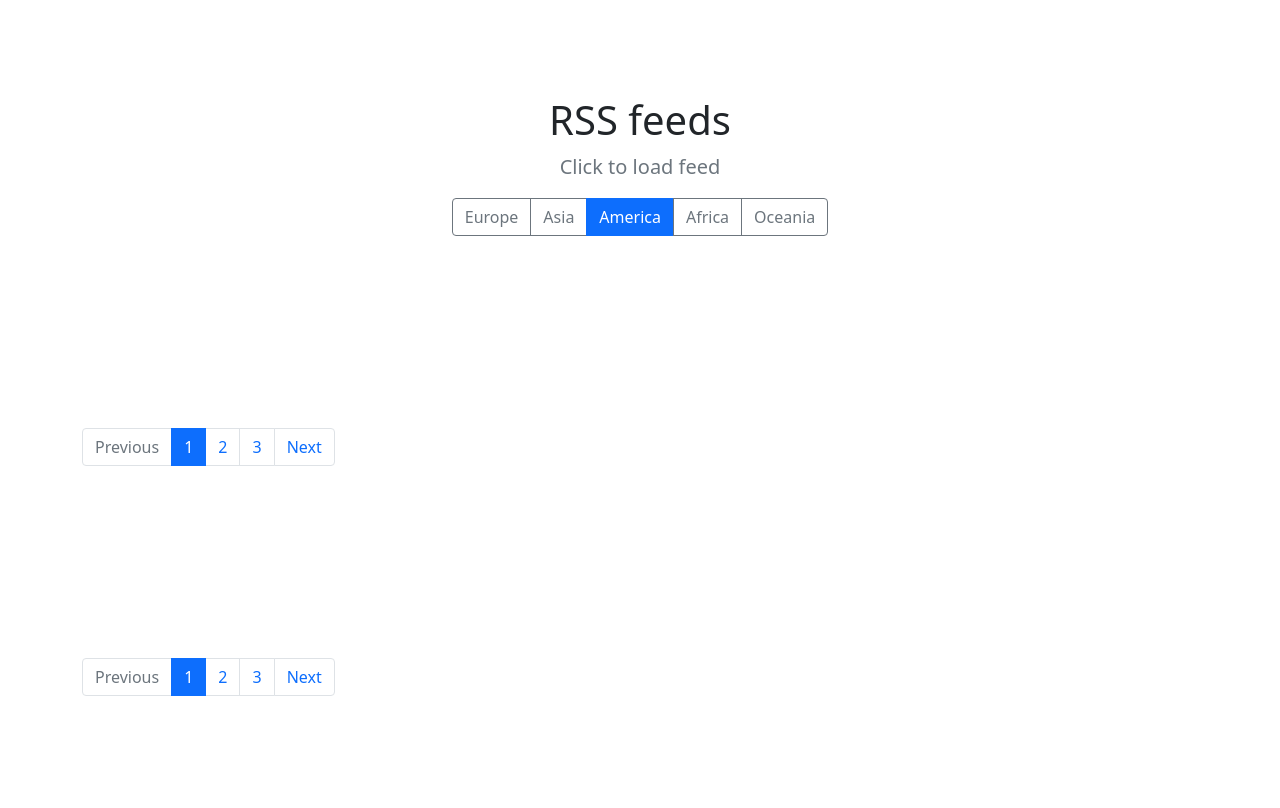
Repository: lilit1121/Templating-DOM-manipulation-and-data-processing
Page: americas.html
An editor plug-in stored every save of this project. The page is shown before and after the next save, followed by the edit.
The browser window is 1280 px wide. The pictures show the whole page.
The page's requests for data from a server got no answer.

Above is the page before, as saved 2023-02-09 16:11:58.
Console error: TypeError: Cannot read properties of null (reading 'style')

### americas.html
<!DOCTYPE html>
<html lang="en">
  <head>
    <meta charset="UTF-8" />
    <meta http-equiv="X-UA-Compatible" content="IE=edge" />
    <meta name="viewport" content="width=device-width, initial-scale=1.0" />
    <link rel="stylesheet" href="styles.css" />
    <link
      href="https://cdn.jsdelivr.net/npm/bootstrap@5.0.2/dist/css/bootstrap.min.css"
      rel="stylesheet"
      integrity="sha384-EVSTQN3/azprG1Anm3QDgpJLIm9Nao0Yz1ztcQTwFspd3yD65VohhpuuCOmLASjC"
      crossorigin="anonymous"
    />
    <script
      src="https://cdn.jsdelivr.net/npm/bootstrap@5.0.2/dist/js/bootstrap.bundle.min.js"
      integrity="sha384-MrcW6ZMFYlzcLA8Nl+NtUVF0sA7MsXsP1UyJoMp4YLEuNSfAP+JcXn/tWtIaxVXM"
      crossorigin="anonymous"
    ></script>
    <title>Templating, DOM manipulation and data processing</title>
  </head>
  <body>
    <section class="py-5 text-center container">
      <div class="row py-lg-5">
        <div class="col-lg-6 col-md-8 mx-auto">
          <h1 class="fw-light">RSS feeds</h1>
          <p class="lead text-muted">Click to load feed</p>
          <div class="btn-group">
            <a href="./europe.html#" class="btn btn-outline-secondary">Europe</a>
            <a href="./asia.html#" class="btn btn-outline-secondary">Asia</a>
            <a href="./americas.html#" class="btn btn-primary">America</a>
            <a href="./africa.html#" class="btn btn-outline-secondary">Africa</a>
            <a href="./oceania.html#" class="btn btn-outline-secondary">Oceania</a>
          </div>
        </div>
      </div>
    </section>

    <!-- Pagination -->
    <section class="py-5 text-center container">
      <div class="row py-lg-5">
        <nav>
          <ul class="pagination">
            <li class="page-item disabled">
              <a class="page-link">Previous</a>
            </li>
            <li class="page-item active">
              <a class="page-link" href="#">1</a>
            </li>
            <li class="page-item">
              <a class="page-link" href="#">2</a>
            </li>
            <li class="page-item"><a class="page-link" href="#">3</a></li>
            <li class="page-item">
              <a class="page-link" href="#">Next</a>
            </li>
          </ul>
        </nav>
      </div>
    </section>

    <div class="container">
      <!-- Loading state UI -->
      <div class="alert alert-secondary visually-hidden">Loading...</div>

      <!-- Error state UI -->
      <div class="alert alert-danger visually-hidden">
        <h5>Unable to load feed</h5>
        <!-- Show error message, if applicable -->
        Feed could not be converted, probably not a valid RSS feed.<br />
        <small><a href="#">Open feed in a new tab</a></small>
      </div>

      <!-- Feed (Show no more than 5 posts per page) -->
      <div
        id="main_container"
        class="row row-cols-1 row-cols-sm-2 row-cols-md-3 g-3"
      ></div>
    </div>

    <!-- Pagination -->
    <section class="py-5 text-center container">
      <div class="row py-lg-5">
        <nav>
          <ul class="pagination">
            <li class="page-item disabled">
              <a class="page-link">Previous</a>
            </li>
            <li class="page-item active">
              <a class="page-link" href="#">1</a>
            </li>
            <li class="page-item">
              <a class="page-link" href="#">2</a>
            </li>
            <li class="page-item"><a class="page-link" href="#">3</a></li>
            <li class="page-item">
              <a class="page-link" href="#">Next</a>
            </li>
          </ul>
        </nav>
      </div>
    </section>
    <script src="./script.js"></script>
  </body>
</html>

### styles.css

.card-text {
    display: -webkit-box;
    -webkit-box-orient: vertical;
    -webkit-line-clamp: 4;
    overflow: hidden;
  }
#error{
  display: none;
  justify-content: center;
  color: red;
}

### script.js
const main_container = document.getElementById("main_container");
const content_section = document.getElementById("content_section");
const page_item = document.querySelectorAll(".page-item");
const loadding = document.getElementById("loadding");
const error = document.getElementById("error");
let countriesData;
let sliceStart = 0;
let currentPage = 1;



page_item.forEach((el) => {
  el.addEventListener("click", (event) => {
    changePage(event);
  });
});

function changePage(e) {
  if (e.target.innerText === "Next" && sliceStart < 10) {
    sliceStart += 5;
    currentPage = (sliceStart - 5) / 5 + 2;
  } else if (e.target.innerText === "Previous" && sliceStart > 0) {
    sliceStart -= 5;
    currentPage = (sliceStart + 5) / 5;
  } else if (
    e.target.innerText === "1" ||
    e.target.innerText === "2" ||
    e.target.innerText === "3"
  ) {
    currentPage = +e.target.innerText;
    sliceStart = (+e.target.innerText - 1) * 5;
  }
  page_item.forEach((el) => {
    el.classList.remove("active");
    el.classList.remove("disabled");
    if (currentPage === +el.innerText) el.classList.add("active");
    else if (currentPage === 1 && el.innerText === "Previous")
      el.classList.add("disabled");
    else if (currentPage === 3 && el.innerText === "Next")
      el.classList.add("disabled");
  });
  showCountrys(countriesData, sliceStart);
}

function showCountrys(countriesData, sliceStart) {
  let countrys = countriesData.slice(sliceStart, sliceStart + 5);
  content_section.innerHTML = "";
  for (let i = 0; i < countrys.length; i++) {
    content_section.innerHTML += `<div id="content_section" class="col">
    <div class="card shadow-sm">
      <img src=${countrys[i].flags.png} />
      <div class="card-body">
        <h4>
          Country: ${countrys[i].name.official}
        </h4>
        <h5>
          Country: ${countrys[i].capital ? countrys[i].capital[0] : undefined}
        </h5>
        <p class="card-text">
          <small
            >Population: ${countrys[i].population}</small
          >
        </p>
        <p><a href="#">Read more &rarr;</a></p>
        <div class="d-flex justify-content-between align-items-center">
          <!-- Format date appropriately as per browser/device region format -->
          <small class="text-muted">Dec 10, 2021</small>
        </div>
      </div>
    </div>
    </div>  `;
  }
}

(async function getCountriesDataByRegion() {
  loadding.style.display = "contents";
  main_container.style.display = "none";
  await fetch(
    `https://restcountries.com/v3.1/region/${
      window.location.pathname.slice(1).split(".")[0]
    }`
  )
    .then((res) => res.json())
    .then((data) => {
      countriesData = data.slice(0, 15);
      showCountrys(countriesData, sliceStart);
      main_container.style.display = "block";
    })
    .catch(() => (error.style.display = "flex"));

  loadding.style.display = "none";
})();

After the next save:
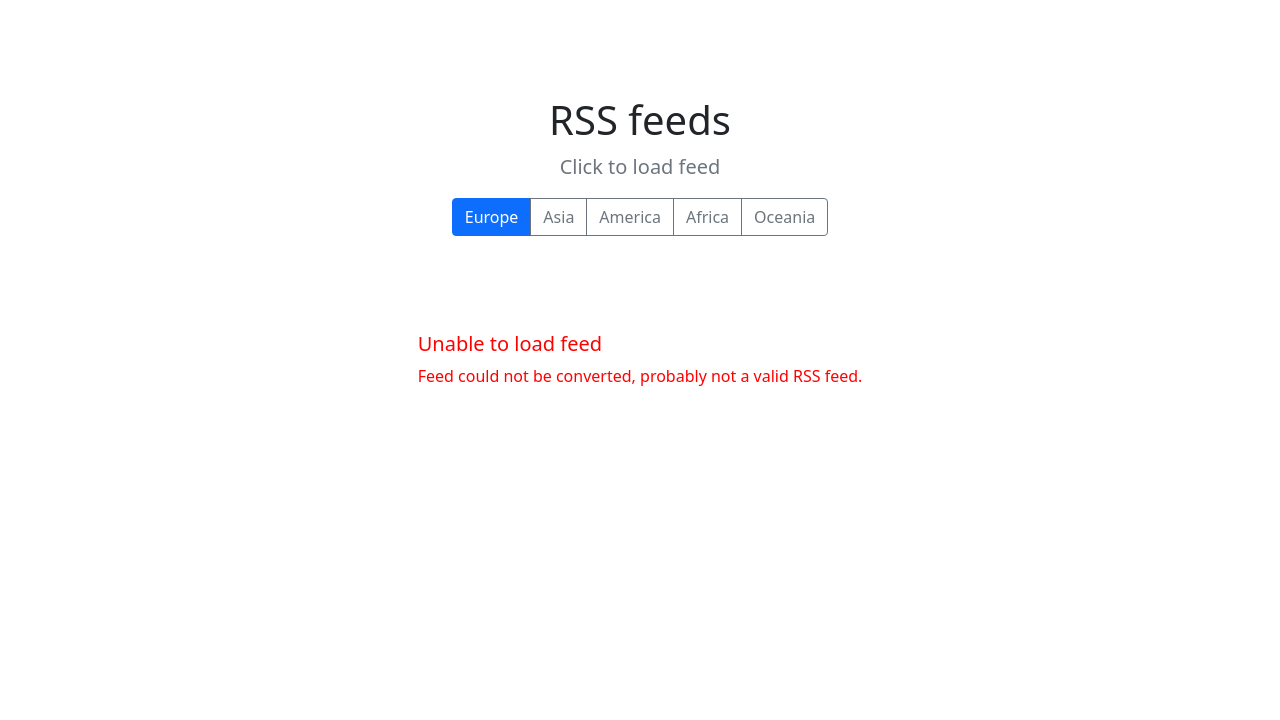
The error is gone.
Saved 15 s later.
--- a/americas.html
+++ b/americas.html
@@ -1,6 +1,6 @@
 <!DOCTYPE html>
 <html lang="en">
-  <head>
+   <head>
     <meta charset="UTF-8" />
     <meta http-equiv="X-UA-Compatible" content="IE=edge" />
     <meta name="viewport" content="width=device-width, initial-scale=1.0" />
@@ -25,15 +25,94 @@
           <h1 class="fw-light">RSS feeds</h1>
           <p class="lead text-muted">Click to load feed</p>
           <div class="btn-group">
-            <a href="./europe.html#" class="btn btn-outline-secondary">Europe</a>
+            <a href="./europe.html#" class="btn btn-primary">Europe</a>
             <a href="./asia.html#" class="btn btn-outline-secondary">Asia</a>
-            <a href="./americas.html#" class="btn btn-primary">America</a>
-            <a href="./africa.html#" class="btn btn-outline-secondary">Africa</a>
-            <a href="./oceania.html#" class="btn btn-outline-secondary">Oceania</a>
+            <a href="./americas.html#" class="btn btn-outline-secondary"
+              >America</a
+            >
+            <a href="./africa.html#" class="btn btn-outline-secondary"
+              >Africa</a
+            >
+            <a href="./oceania.html#" class="btn btn-outline-secondary"
+              >Oceania</a
+            >
           </div>
         </div>
       </div>
     </section>
+
+
+    <!-- Loading state UI -->
+    <div id="loadding" class="visually-hidden">
+      <svg
+      xmlns="http://www.w3.org/2000/svg"
+      xmlns:xlink="http://www.w3.org/1999/xlink"
+      style="margin: auto; background: #fff; display: block"
+      width="200px"
+      height="200px"
+      viewBox="0 0 100 100"
+      preserveAspectRatio="xMidYMid"
+    >
+      <circle
+        cx="50"
+        cy="50"
+        r="32"
+        stroke-width="8"
+        stroke="#416cff"
+        stroke-dasharray="50.26548245743669 50.26548245743669"
+        fill="none"
+        stroke-linecap="round"
+      >
+        <animateTransform
+          attributeName="transform"
+          type="rotate"
+          repeatCount="indefinite"
+          dur="1s"
+          keyTimes="0;1"
+          values="0 50 50;360 50 50"
+        ></animateTransform>
+      </circle>
+    </svg>
+  </div>
+
+    <!-- Error state UI -->
+    <div id="error">
+      <div>
+      <h5>Unable to load feed</h5>
+      <!-- Show error message, if applicable -->
+      Feed could not be converted, probably not a valid RSS feed.<br />
+    </div>
+  </div>
+    <!-- Pagination -->
+    <div  id="main_container" class="container">
+    <section class="py-5 text-center container">
+      <div class="row py-lg-5">
+        <nav>
+          <ul class="pagination">
+            <li class="page-item disabled">
+              <a class="page-link">Previous</a>
+            </li>
+            <li class="page-item active">
+              <a class="page-link" href="#">1</a>
+            </li>
+            <li class="page-item">
+              <a class="page-link" href="#">2</a>
+            </li>
+            <li class="page-item"><a class="page-link" href="#">3</a></li>
+            <li class="page-item">
+              <a class="page-link" href="#">Next</a>
+            </li>
+          </ul>
+        </nav>
+      </div>
+    </section>
+
+      <!-- Feed (Show no more than 5 posts per page) -->
+      <div
+       id="content_section"
+        class="row row-cols-1 row-cols-sm-2 row-cols-md-3 g-3"
+      ></div>
+
 
     <!-- Pagination -->
     <section class="py-5 text-center container">
@@ -56,48 +135,7 @@
           </ul>
         </nav>
       </div>
-    </section>
-
-    <div class="container">
-      <!-- Loading state UI -->
-      <div class="alert alert-secondary visually-hidden">Loading...</div>
-
-      <!-- Error state UI -->
-      <div class="alert alert-danger visually-hidden">
-        <h5>Unable to load feed</h5>
-        <!-- Show error message, if applicable -->
-        Feed could not be converted, probably not a valid RSS feed.<br />
-        <small><a href="#">Open feed in a new tab</a></small>
-      </div>
-
-      <!-- Feed (Show no more than 5 posts per page) -->
-      <div
-        id="main_container"
-        class="row row-cols-1 row-cols-sm-2 row-cols-md-3 g-3"
-      ></div>
     </div>
-
-    <!-- Pagination -->
-    <section class="py-5 text-center container">
-      <div class="row py-lg-5">
-        <nav>
-          <ul class="pagination">
-            <li class="page-item disabled">
-              <a class="page-link">Previous</a>
-            </li>
-            <li class="page-item active">
-              <a class="page-link" href="#">1</a>
-            </li>
-            <li class="page-item">
-              <a class="page-link" href="#">2</a>
-            </li>
-            <li class="page-item"><a class="page-link" href="#">3</a></li>
-            <li class="page-item">
-              <a class="page-link" href="#">Next</a>
-            </li>
-          </ul>
-        </nav>
-      </div>
     </section>
     <script src="./script.js"></script>
   </body>
